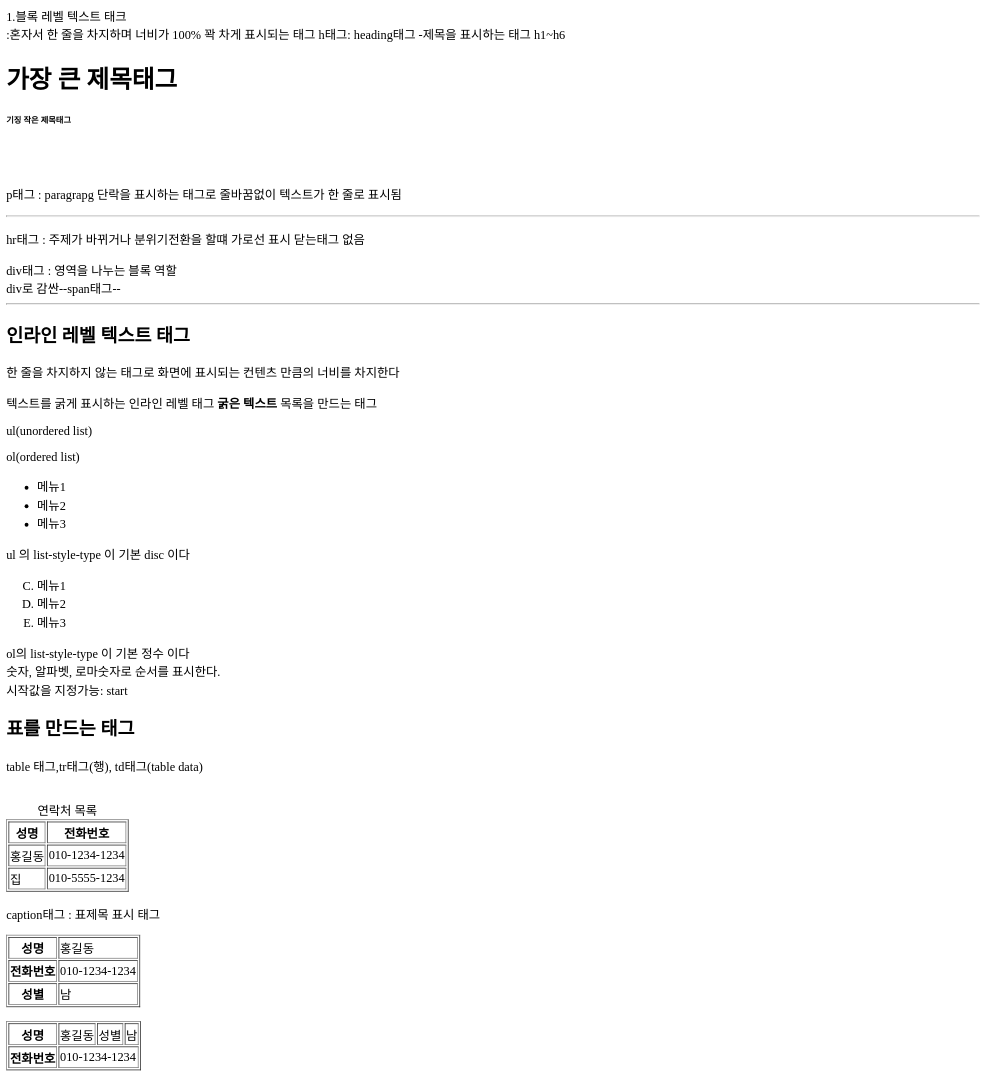
Repository: hana825/Web
Page: web/WebContent/index.html
An editor plug-in stored every save of this project. The page is shown before and after the next save, followed by the edit.
The browser window is 1280 px wide. The pictures show the whole page, at 77% of full size.

Above is the page before, as saved 2022-03-17 06:20:14.

After the next save:
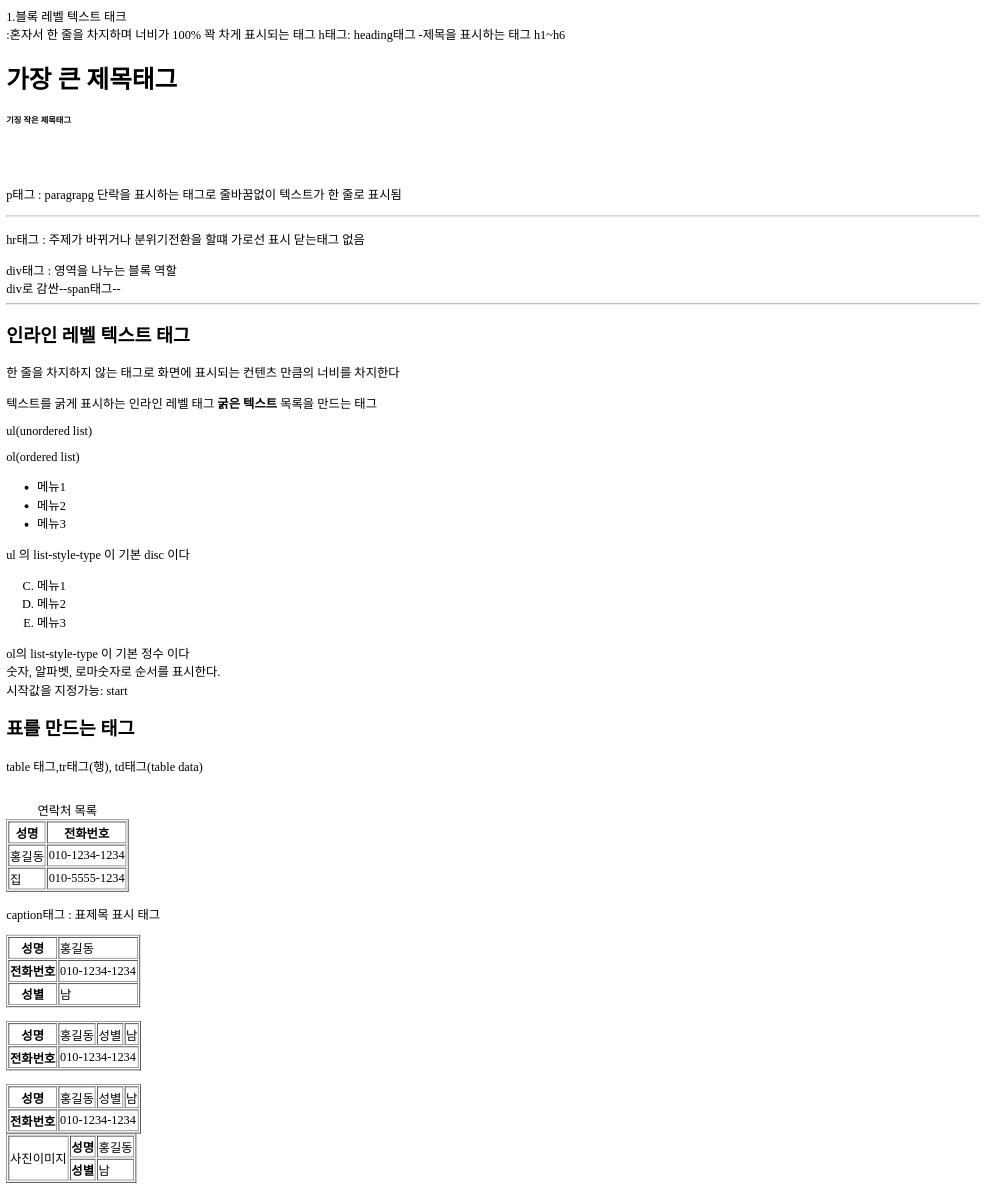
Saved 6 min 38 s later.
--- a/web/WebContent/index.html
+++ b/web/WebContent/index.html
@@ -93,6 +93,30 @@ div태그 : 영역을 나누는 블록 역할
 		<td colspan='3'>010-1234-1234</td>
 
 </table>
+<br>
+
+<table  border='1'>
+	<tr><th>성명</th>
+		<td>홍길동</td>
+		<td>성별</td>
+		<td>남</td>
+	</tr>
+		<tr><th>전화번호</th>
+		<td colspan='3'>010-1234-1234</td>
+
+</table>
+
+<table  border='1'>
+	<tr><td rowspan ='3'>사진이미지</td>
+		<th>성명</th>
+		<td>홍길동</td>
+	</tr>
+	<tr>
+		<th>성별</th>
+		<td>남</td>
+	</tr>
+
+</table>
 
 
 
